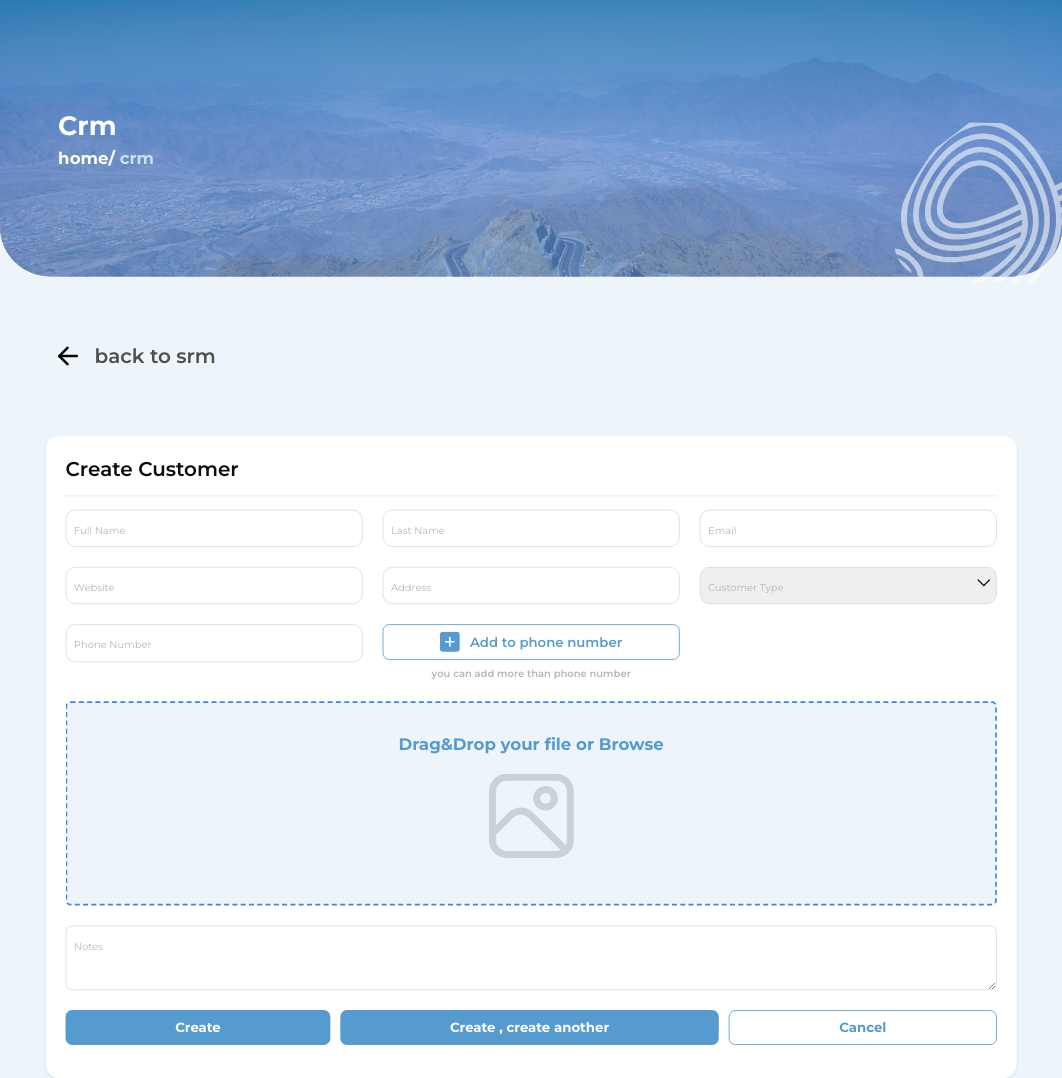
Repository: Abdelrhman-asker-smart/JsdcPIF
Page: create-customer.html
These files come from the project's save history. The page is drawn as it stood at one moment and after the next save; the edit follows.
The browser window is 1280 px wide. The pictures show the whole page, at 83% of full size.
Some web libraries are served in a nearby version.

Above is the page before, as saved 2025-03-09 14:36:25.

After the next save:
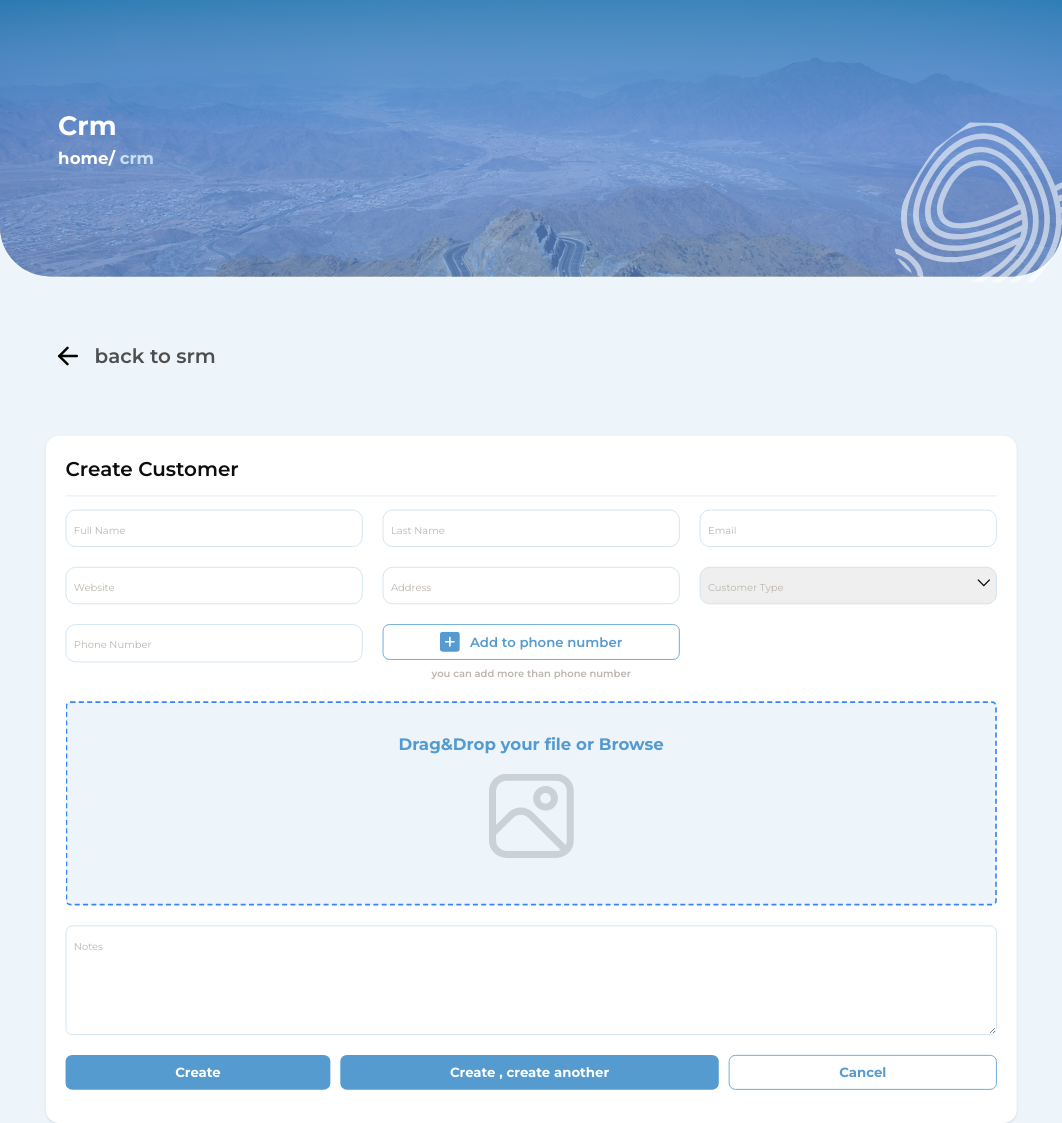
Saved 16 s later.
--- a/create-customer.html
+++ b/create-customer.html
@@ -260,7 +260,7 @@
       <!-- Notes Field  -->
       <div class="relative">
         <textarea id="notes" placeholder=" "
-          class="block rounded-lg px-2.5 pb-2 pt-5 floating-input w-full text-base text-black font-normal border border-[#CAE0F0] appearance-none focus:outline-none focus:ring-0 focus:border-blue-600 peer text-[132px]"></textarea>
+          class="block rounded-lg px-2.5 pb-2 pt-5 floating-input w-full text-base text-black font-normal border border-[#CAE0F0] appearance-none focus:outline-none focus:ring-0 focus:border-blue-600 peer h-[132px]"></textarea>
         <label for="notes" class="floating-label">Notes</label>
         <div class="error-message" id="notesError">
           This field is required.
